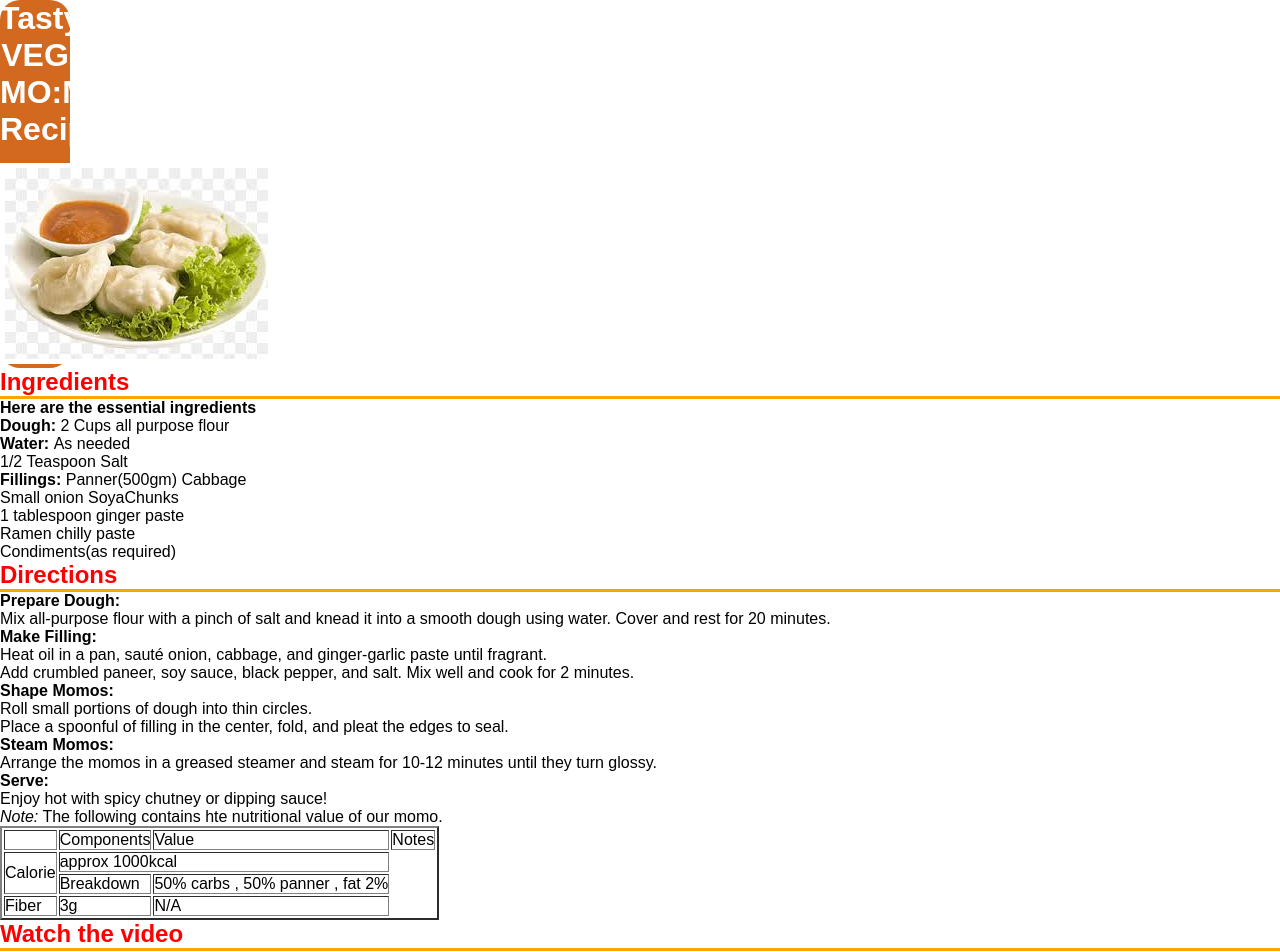
Repository: GigaByte6610/recipe
Page: index.html
The author's editor kept a copy of each file at every save. The page is drawn from the files as they stood at one save, then again after the next save.
The browser window is 1280 px wide. The pictures show the part of the page from y = 0 to 952 px (the page is 1324 px tall).

Above is the page before, as saved 2025-02-05 04:21:57.

After the next save:
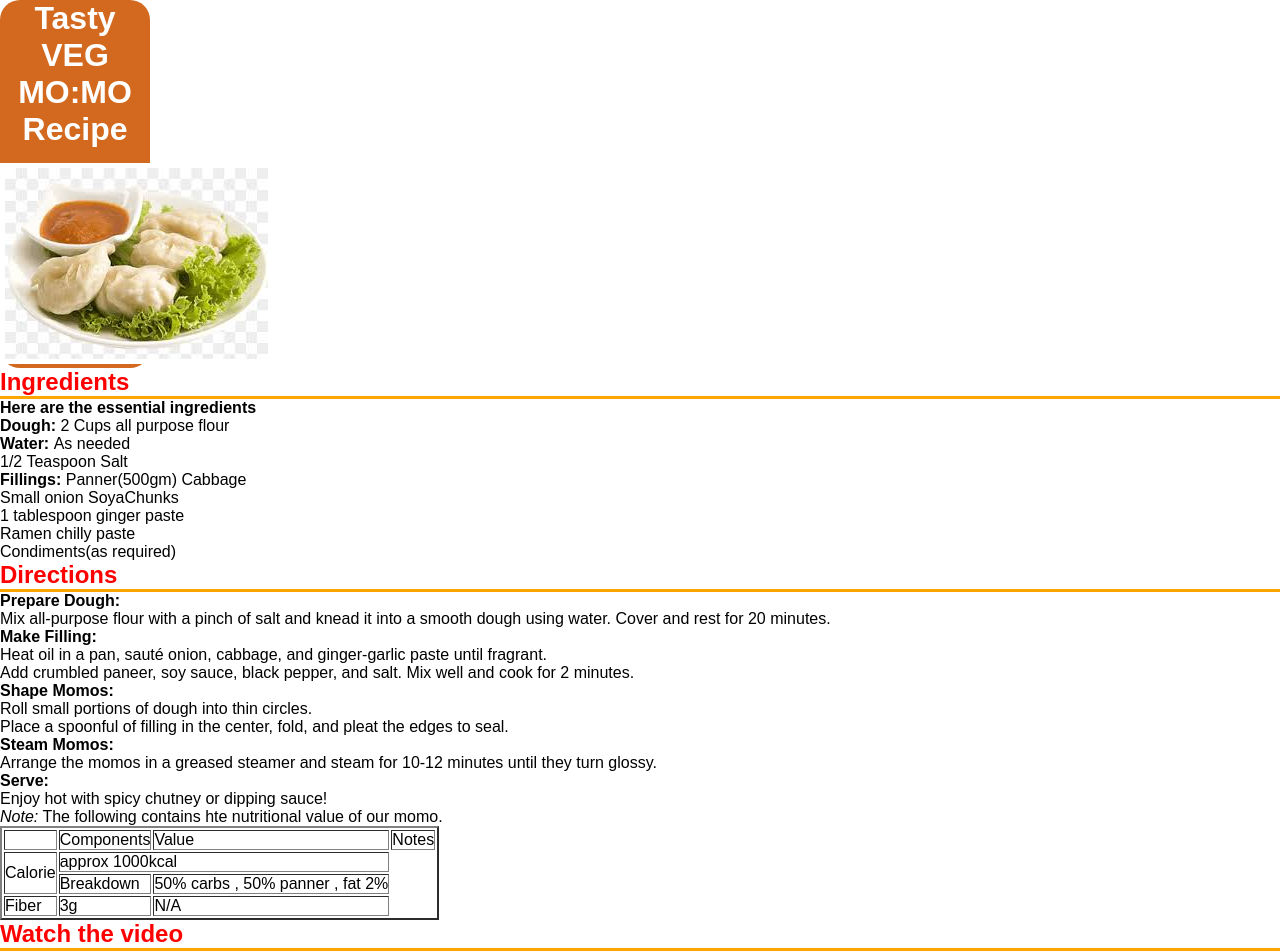
Saved 12 s later.
--- a/style.css
+++ b/style.css
@@ -10,7 +10,7 @@ body {
 
 header {
     background-color: chocolate;
-    width: 70px;
+    width: 150px;
     border: 200px;
     text-align: center;
     border-radius: 20px;
